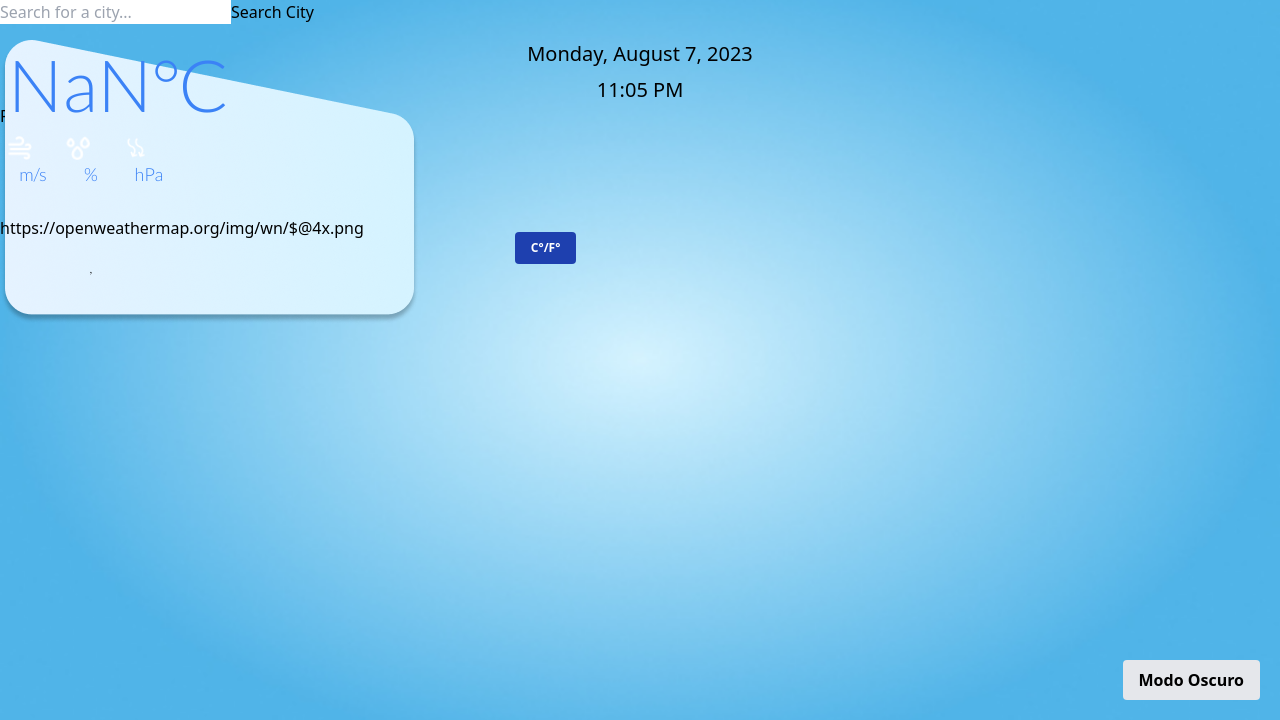
Repository: LukasMoyano/WeatherApp-_-LukasMoyano-_-V-_4.0_6.6.6
Page: /
The author's editor kept a copy of each file at every save. The page is drawn from the files as they stood at one save, then again after the next save.
The browser window is 1280 px wide. The pictures show the whole page.
The page's requests for data from a server got no answer. The project was rebuilt for these pictures with package versions that can differ from the ones it lists, and the page was loaded fresh each time. No one was signed in, and anything a server would have sent is missing. Also part of the build but not shown: vite.config.js.

Above is the page before, as saved 2023-08-08 00:01:57.

### index.html
<!DOCTYPE html>
<html lang="en">
  <head>
    <meta charset="UTF-8" />
    <link rel="icon" type="image/png" href="thor-hammer.png">
    <meta name="viewport" content="width=device-width, initial-scale=1.0" />
    <title>WeatherApp - LukasMoyano-</title>
  </head>
  <body>
    <div id="root"></div>
    <script type="module" src="/src/main.jsx"></script>
  </body>
</html>

### src/main.jsx
import React from 'react'
import ReactDOM from 'react-dom/client'
import App from "/src/App.jsx";

ReactDOM.createRoot(document.getElementById('root')).render(
  <React.StrictMode>
    <App />
  </React.StrictMode>,
)

### src/App.jsx
import React, { useEffect, useState } from "react";
import axios from "axios";
import Weather from "./components/Weather";
import "./App.css";
import SearchBar from "./components/SearchBar";
import PronosticWeather from "./components/PronosticWeather";

function App() {
  const [weatherInfo, setWeatherInfo] = useState(null);
  const [isDarkMode, setIsDarkMode] = useState(false);

  const toggleDarkMode = () => {
    setIsDarkMode(!isDarkMode);
  };

  useEffect(() => {
    navigator.geolocation.getCurrentPosition(success);
  }, []);

  const success = (pos) => {
    const lat = pos.coords.latitude;
    const lon = pos.coords.longitude;
    const API_KEY = "f61630c5193995d939b6b8024057b009";
    const url = `https://api.openweathermap.org/data/2.5/weather?lat=${lat}&lon=${lon}&appid=${API_KEY}`;

    axios
      .get(url)
      .then(({ data }) => setWeatherInfo(data))
      .catch((err) => console.log(err));
  };

  const backgroundImage = isDarkMode
    ? "background/image002_DarkVersion.jpg"
    : "background/image001_LightVersion.jpg";

  return (
    <div className={`min-h-screen ${isDarkMode ? "dark" : ""}`}>
      <main
        className={`min-h-screen font-lato relative ${
          isDarkMode ? "bg-black bg-opacity-50 text-white" : "bg-white bg-opacity-70 text-black"
        }`}
        style={{
          backgroundImage: `url(${backgroundImage})`,
          backgroundSize: "cover",
          backgroundPosition: "center",
        }}
      >
        <SearchBar setWeatherInfo={setWeatherInfo} />
        <Weather weatherInfo={weatherInfo} isDarkMode={isDarkMode} />
        <PronosticWeather/>

        <button
          onClick={toggleDarkMode}
          className={`absolute bottom-5 right-5 px-4 py-2 font-bold rounded ${
            isDarkMode ? "bg-gray-800 text-white" : "bg-gray-200 text-black"
          }`}
        >
          {isDarkMode ? "Modo Claro" : "Modo Oscuro"}
        </button>
      </main>
    </div>
  );
}

export default App;

### src/components/Weather.jsx
import React, { useState } from "react";


const Weather = ({ weatherInfo, isDarkMode }) => {
  const [isCelsius, setIsCelsius] = useState(true);

  const toggleTemperatureUnit = () => {
    setIsCelsius(!isCelsius);
  };

  const convertTemperature = (temperature) => {
    if (isCelsius) {
      return Math.round(temperature - 273.15) + "°C";
    } else {
      return Math.round(((temperature - 273.15) * 9) / 5 + 32) + "°F";
    }
  };

const iconspngweathers = {
  "01n":"public/iconsweatherstates_day/01n.png",
  "02n":"public/iconsweatherstates_day/02n.png",
  "03n":"public/iconsweatherstates_day/03n.png",
  "04n":"public/iconsweatherstates_day/04n.png",
  "09n":"public/iconsweatherstates_day/09n.png",
  "10n":"public/iconsweatherstates_day/10n.png",
  "11n":"public/iconsweatherstates_day/11n.png",
  "13n":"public/iconsweatherstates_day/13n.png",
  "50n":"public/iconsweatherstates_day/50n.png",
  "01d":"public/iconsweatherstates_day/01d.png",
  "02d":"public/iconsweatherstates_day/02d.png",
  "03d":"public/iconsweatherstates_day/03d.png",
  "04d":"public/iconsweatherstates_day/04d.png",
  "09d":"public/iconsweatherstates_day/09d.png",
  "10d":"public/iconsweatherstates_day/10d.png",
  "11d":"public/iconsweatherstates_day/11d.png",
  "13d":"public/iconsweatherstates_day/13d.png",
  "50d":"public/iconsweatherstates_day/50d.png",
}

  const getCurrentDateTime = () => {
    const currentDate = new Date();
    const options = {
      weekday: "long",
      day: "numeric",
      month: "long",
      year: "numeric",
    };
    const date = currentDate.toLocaleDateString(undefined, options);
    const time = currentDate.toLocaleTimeString(undefined, {
      hour: "numeric",
      minute: "numeric",
    });
    return { date, time };
  };

  const { date, time } = getCurrentDateTime();

  return (
<main>





<section className= {`relative ${
        isDarkMode
          ? " text-white"
          : " text-black"
      }`}
      >
        <section className="absolute ">
{isDarkMode ? <img src="public/background_info_cads/card_image002_Dark version.png"/> : <img src="public/background_info_cads/card_image001_LightVersion.png"/>}

        </section>


      <section className="absolute z-10 grid grid-cols-2 justify-center-items-center">

        {/* Columna Izquierda */}
        <div className="w-1/2 p-2 text-center">

          {/* Temperatura Actual */}
          <div className={` font-lato font-Lato text-7xl font-light leading-23 tracking-normal text-center text-blue-500
           ${isDarkMode ? "text-white" : "text-black"}`}>
            {convertTemperature(weatherInfo?.main.temp)}
          </div>
          {/* Detalles del Clima */}
          <div className="w-124 h-95 top-258 left-26 font-Lato text-79 font-light leading-95 tracking-normal text-center text-blue-500 grid grid-cols-3 gap-2 mt-4 font-lato font-bold leading-4 ">
            <div className="text-lg ">
              <img src="./images/wind.png" alt="Wind Icon" className="w-6 h-6" />
              {weatherInfo?.wind.speed} m/s
            </div>
            <div className="text-lg">
              <img src="./images/humidity.png" alt="Humidity Icon" className="w-6 h-6" />
              {weatherInfo?.main.humidity}%
            </div>
            <div className="text-lg">
              <img src="./images/pressure.png" alt="Pressure Icon" className="w-6 h-6" />
              {weatherInfo?.main.pressure} hPa
            </div>
          </div>
          {/* Nombre de la Ciudad */}{/* País */}
          <h1 className="w-full h-full flex items-center justify-center font-Lato text-sm font-light">
  {weatherInfo?.name}, {weatherInfo?.sys?.country}
</h1>
        </div>

        {/* Columna Derecha */}
        <div className="w-full text-center">
          {/* Icono del Clima */}
          {weatherInfo?.weather[0].icon && (
            <img src={`${iconspngweathers[weatherInfo?.weather[0].icon]}`} alt="Weather Icon" className="mx-auto h-24" />
          )}
          <h3 className="text-base mt-4 mb-2">
            {weatherInfo?.weather[0].description}
          </h3>
        </div>


        https://openweathermap.org/img/wn/${weatherInfo?.weather[0].icon}@4x.png


{/* Botón para Alternar entre Celsius y Fahrenheit */}
<section className="flex items-center justify-center mt-4">
        <button
          onClick={toggleTemperatureUnit}
          className={`bg-blue-800 hover:bg-blue-700 text-white font-bold py-2 px-4 rounded mx-auto block text-xs ${
            isDarkMode ? "bg-opacity-70" : "bg-opacity-100"
          }`}
        >
          C°/F°
        </button>
      </section>

      </section>


    </section>
          {/* Mostrar la Fecha y Hora */}
          <section className="text-center mt-4">
          <p className={`text-xl mb-2 ${isDarkMode ? "text-white" : "text-black"}`}>
            {date}
          </p>
          <p className={`text-xl ${isDarkMode ? "text-white" : "text-black"}`}>
            {time}
          </p>
        </section>
</main>
  );
};

export default Weather;

### src/App.css
@import url(https://fonts.googleapis.com/css?family=Lato:100,100italic,300,300italic,regular,italic,700,700italic,900,900italic);

@import url('https://fonts.googleapis.com/css2?family=Lato:wght@300;400;700&display=swap');


@import 'tailwindcss/base';
@import 'tailwindcss/components';
@import 'tailwindcss/utilities';

### src/components/SearchBar.jsx
import React, { useState, useEffect } from "react";
import axios from "axios";

const SearchBar = ({ setWeatherInfo }) => {
  const [city, setCity] = useState("");
  const [suggestedCities, setSuggestedCities] = useState([]);
  const [isFetching, setIsFetching] = useState(false);

  const API_KEY = "f61630c5193995d939b6b8024057b009";

  const handleCityChange = (event) => {
    const value = event.target.value;
    setCity(value);
    if (value) {
      fetchSuggestedCities(value);
    } else {
      setSuggestedCities([]);
    }
  };

  const fetchSuggestedCities = async (query) => {
    setIsFetching(true);
    try {
      const response = await fetch(
        `https://api.openweathermap.org/data/2.5/find?q=${query}&type=like&cnt=5&appid=${API_KEY}`
      );
      const data = await response.json();
      setSuggestedCities(data.list);
    } catch (error) {
      console.error("Error fetching suggested cities:", error);
    } finally {
      setIsFetching(false);
    }
  };

  const handleSuggestionClick = (suggestion) => {
    setCity(suggestion.name);
    setSuggestedCities([]);
  };

  const handleSearch = () => {
    if (city.trim() !== "") {
      fetchWeatherData(city);
    }
  };

  const fetchWeatherData = (city) => {
    const url = `https://api.openweathermap.org/data/2.5/weather?q=${city}&appid=${API_KEY}`;

    axios
      .get(url)
      .then(({ data }) => setWeatherInfo(data))
      .catch((err) => console.log(err));
  };

  useEffect(() => {
    const handleKeyPress = (event) => {
      if (event.key === "Enter") {
        handleSearch();
      }
    };
    window.addEventListener("keydown", handleKeyPress);
    return () => {
      window.removeEventListener("keydown", handleKeyPress);
    };
  }, [city]);

  return (
    <main>
      <label>
        <input
          type="text"
          value={city}
          placeholder="Search for a city..."
          onChange={handleCityChange}
        />
        {suggestedCities.length > 0 && (
          <ul className="suggestions">
            {suggestedCities.map((suggestion) => (
              <li
                key={suggestion.id}
                onClick={() => handleSuggestionClick(suggestion)}
              >
                {suggestion.name}, {suggestion.sys.country}
              </li>
            ))}
          </ul>
        )}
        <button onClick={handleSearch} disabled={isFetching}>
          Search City
        </button>
      </label>
    </main>
  );
};

export default SearchBar;

### src/components/PronosticWeather.jsx
import React from 'react'

const PronosticWeather = () => {
  return (
    <div>PronosticWeather</div>
  )
}

export default PronosticWeather

### tailwind.config.js
/** @type {import('tailwindcss').Config} */
export default {
  content: [
    "./index.html",
    "./src/**/*.{js,ts,jsx,tsx}",
  ],
  theme: {
    extend: {},
    fontFamily: {
      Lato: ["Lato", "Sans-Serif"]
    }
  },
  plugins: [],

}

After the next save:
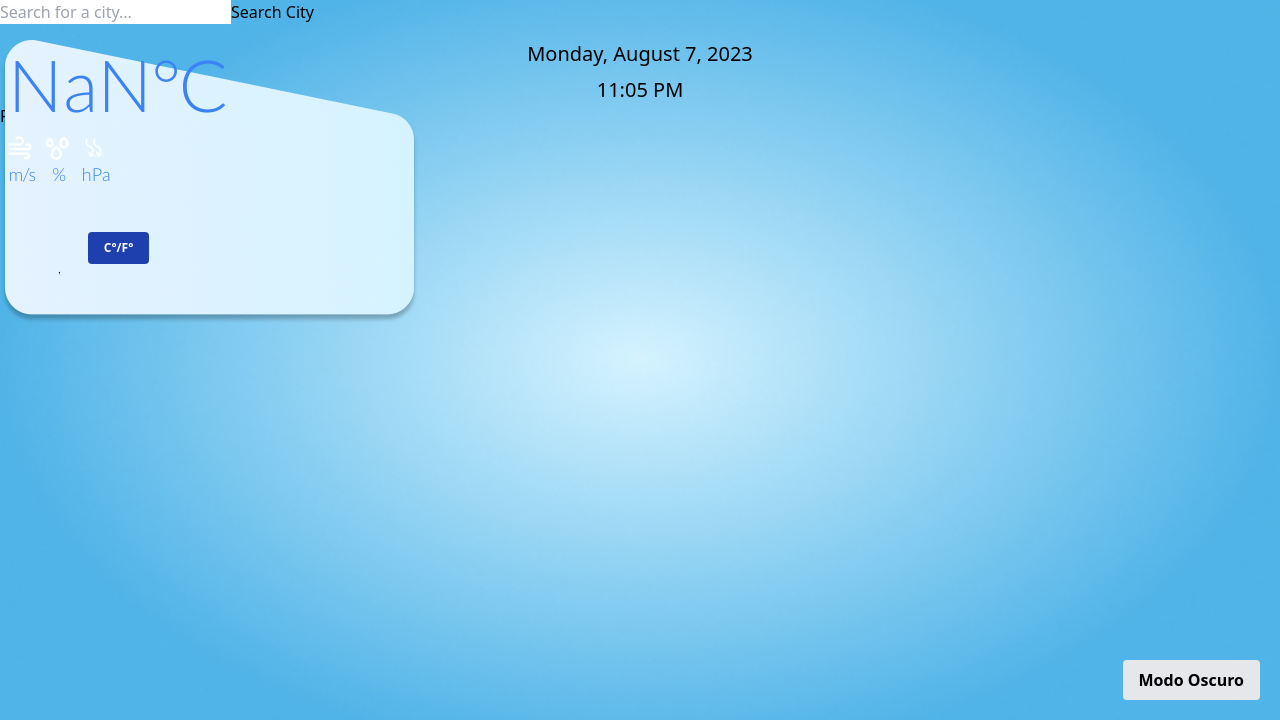
Saved 36 s later.
--- a/src/components/Weather.jsx
+++ b/src/components/Weather.jsx
@@ -115,11 +115,6 @@ const iconspngweathers = {
             {weatherInfo?.weather[0].description}
           </h3>
         </div>
-
-
-        https://openweathermap.org/img/wn/${weatherInfo?.weather[0].icon}@4x.png
-
-
 {/* Botón para Alternar entre Celsius y Fahrenheit */}
 <section className="flex items-center justify-center mt-4">
         <button
